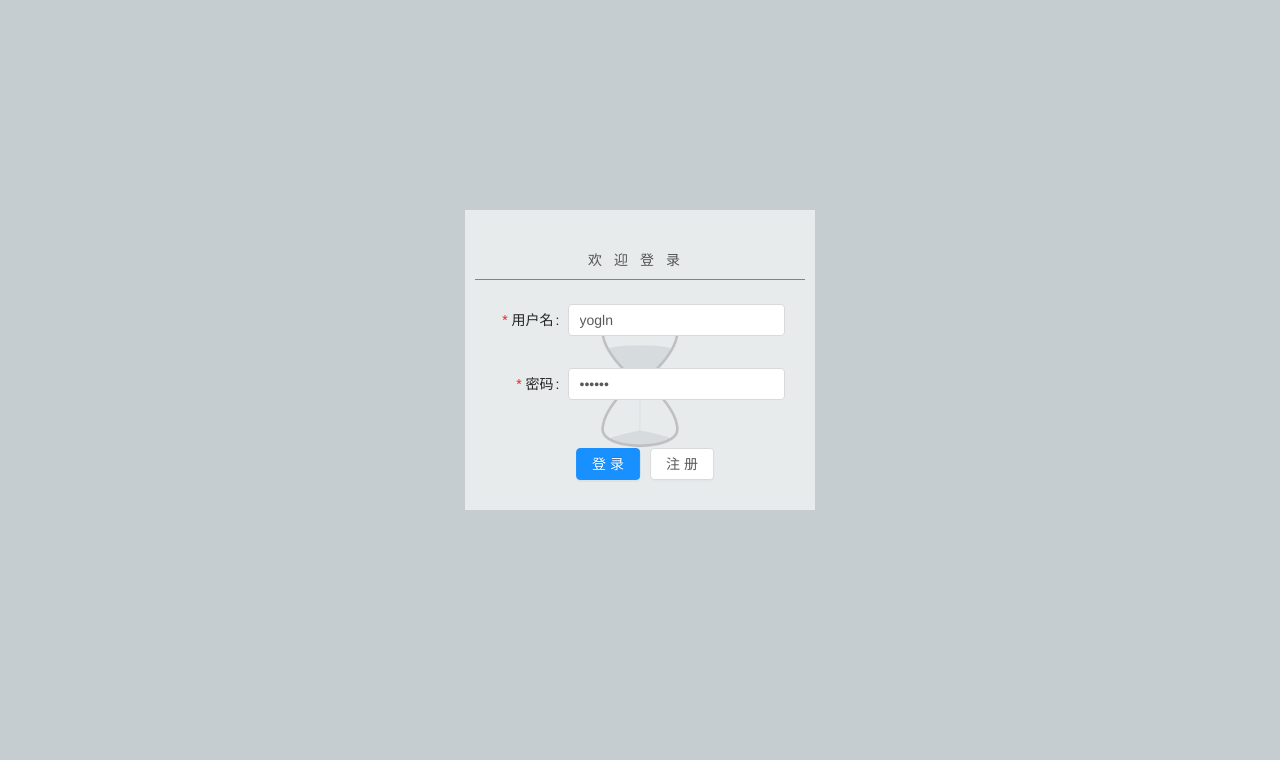
Repository: YogLn/theory-fre
Page: /register
These files come from the project's save history. The page is drawn as it stood at one moment and after the next save; the edit follows.
The browser window is 1280 px wide. The pictures show the whole page.
Backgrounds fixed to the window are drawn as part of the page. The project was rebuilt for these pictures with package versions that can differ from the ones it lists, and the page was loaded fresh each time.

Above is the page before, as saved 2021-07-22 16:43:44.

After the next save:
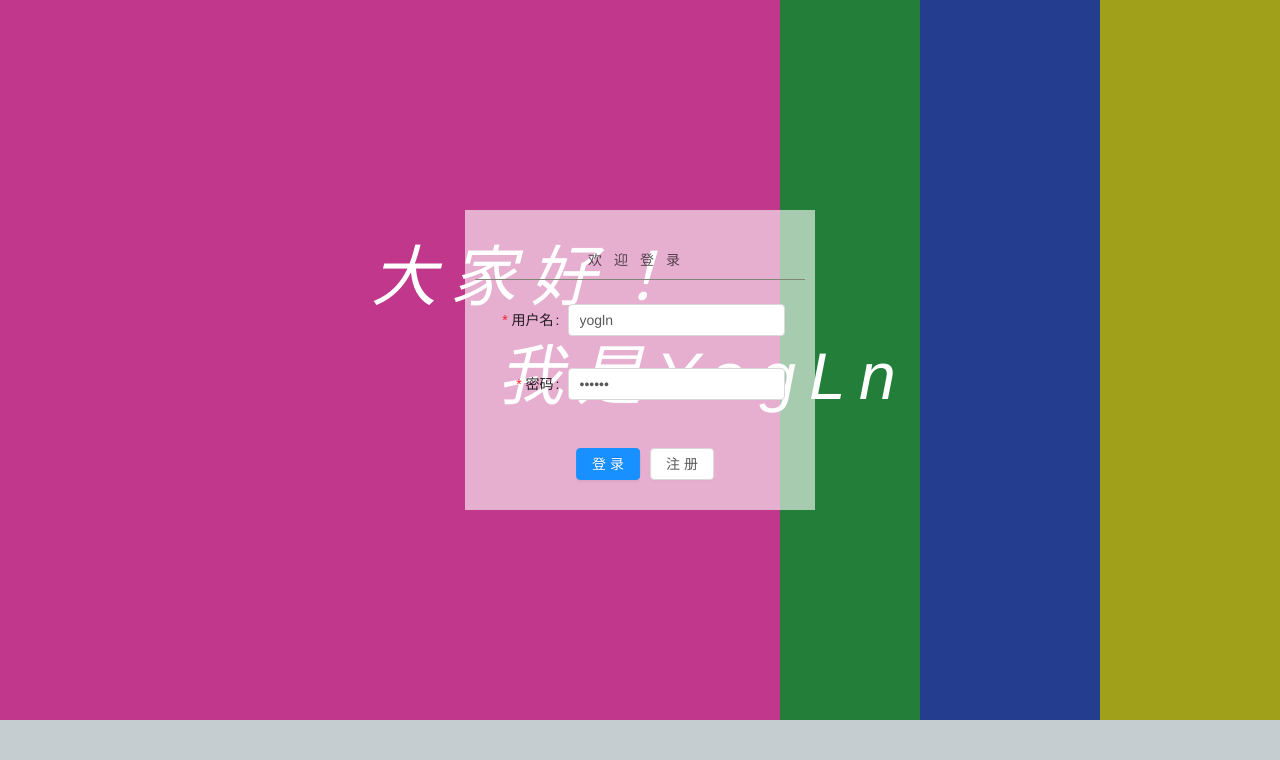
Saved 66 s later.
--- a/src/pages/login/Login.vue
+++ b/src/pages/login/Login.vue
@@ -1,5 +1,17 @@
 <template>
   <div class="container">
+    <div class="item yellow">
+      <p>大家好！<br />&nbsp;&nbsp;&nbsp;&nbsp;我是YogLn</p>
+    </div>
+    <div class="item blue">
+      <p>大家好！<br />&nbsp;&nbsp;&nbsp;&nbsp;我是YogLn</p>
+    </div>
+    <div class="item green">
+      <p>大家好！<br />&nbsp;&nbsp;&nbsp;&nbsp;我是YogLn</p>
+    </div>
+    <div class="item pink">
+      <p>大家好！<br />&nbsp;&nbsp;&nbsp;&nbsp;我是YogLn</p>
+    </div>
     <div class="login-box">
       <div class="login-header">
         <span>欢迎登录</span>
@@ -70,6 +82,80 @@ export default {
 .container {
   height: 100vh;
   position: relative;
+
+  .item {
+    position: absolute;
+    width: 100%;
+    height: 100%;
+    top: 0;
+    left: 0;
+    display: flex;
+    justify-content: center;
+    align-items: center;
+    font-size: 66px;
+    font-style: italic;
+    transform: translate(-100%);
+  }
+
+  .item p {
+    letter-spacing: 0.2em;
+    color: #fff;
+    transform: translateX(-190%);
+  }
+
+  .yellow {
+    background-color: rgb(160, 160, 26);
+    animation: bg 0.3s linear forwards;
+  }
+  .yellow p {
+    animation: text 3s 0.3s cubic-bezier(0, 0.49, 0, 1) forwards;
+  }
+
+  .blue {
+    background-color: rgb(36, 61, 143);
+    clip: rect(0, 1100px, 100vh, 0);
+    animation: bg 2.4s 0.6s cubic-bezier(0, 0.49, 0, 1) forwards;
+  }
+  .blue p {
+    animation: text 2.4s 0.6s cubic-bezier(0, 0.49, 0, 1) forwards;
+  }
+
+  .green {
+    background-color: rgb(34, 126, 57);
+    clip: rect(0, 920px, 100vh, 0);
+    animation: bg 2.1s 0.9s cubic-bezier(0, 0.49, 0, 1) forwards;
+  }
+  .green p {
+    animation: text 2.1s 0.9s cubic-bezier(0, 0.49, 0, 1) forwards;
+  }
+
+  .pink {
+    background-color: rgb(192, 55, 139);
+    clip: rect(0, 780px, 100vh, 0);
+    animation: bg 1.8s 1.2s cubic-bezier(0, 0.49, 0, 1) forwards;
+  }
+  .pink p {
+    animation: text 1.8s 1.2s cubic-bezier(0, 0.49, 0, 1) forwards;
+  }
+
+  @keyframes bg {
+    from {
+      transform: translate(-100%);
+    }
+    to {
+      transform: translateX(0);
+    }
+  }
+
+  @keyframes text {
+    from {
+      transform: translate(-190%);
+    }
+    to {
+      transform: translateX(0);
+    }
+  }
+
   .login-box {
     display: relative;
     padding: 40px 10px;
